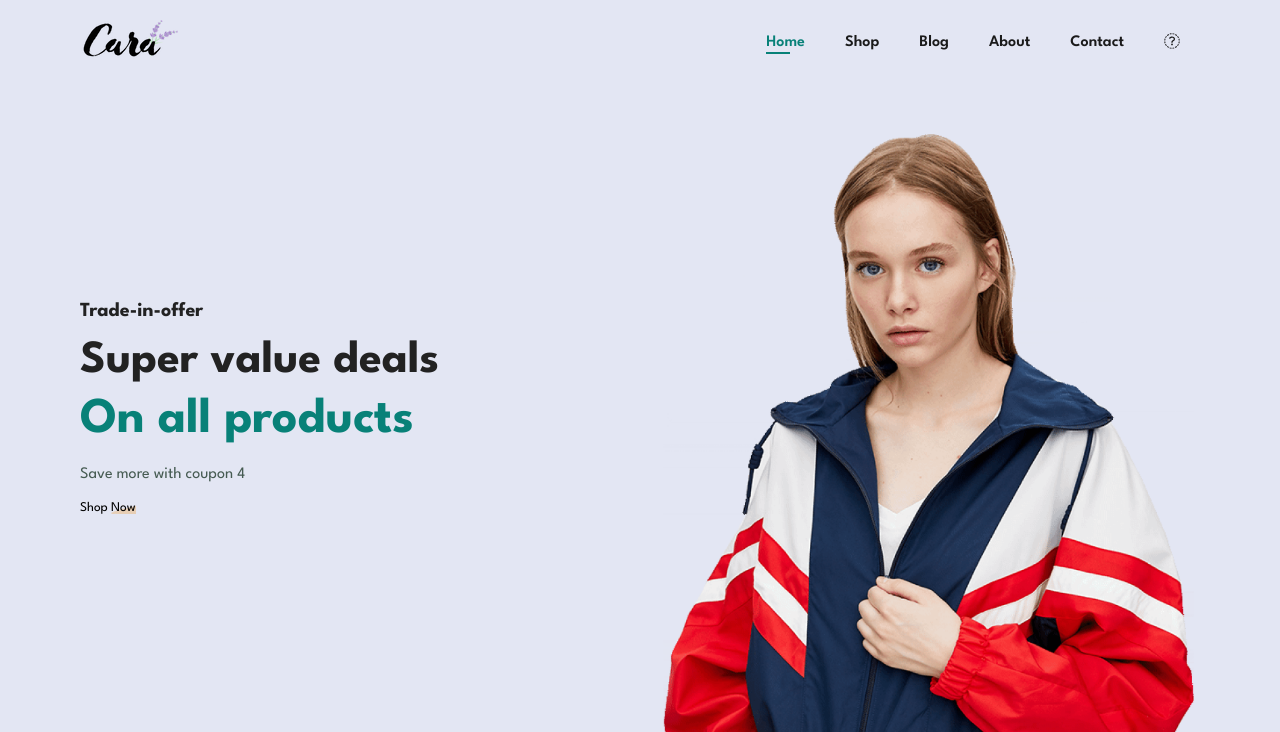
Repository: quy261001/cara
Page: index.html
An editor plug-in stored every save of this project. The page is shown before and after the next save, followed by the edit.
The browser window is 1280 px wide. The pictures show the whole page.

Above is the page before, as saved 2022-04-30 14:35:45.

After the next save:
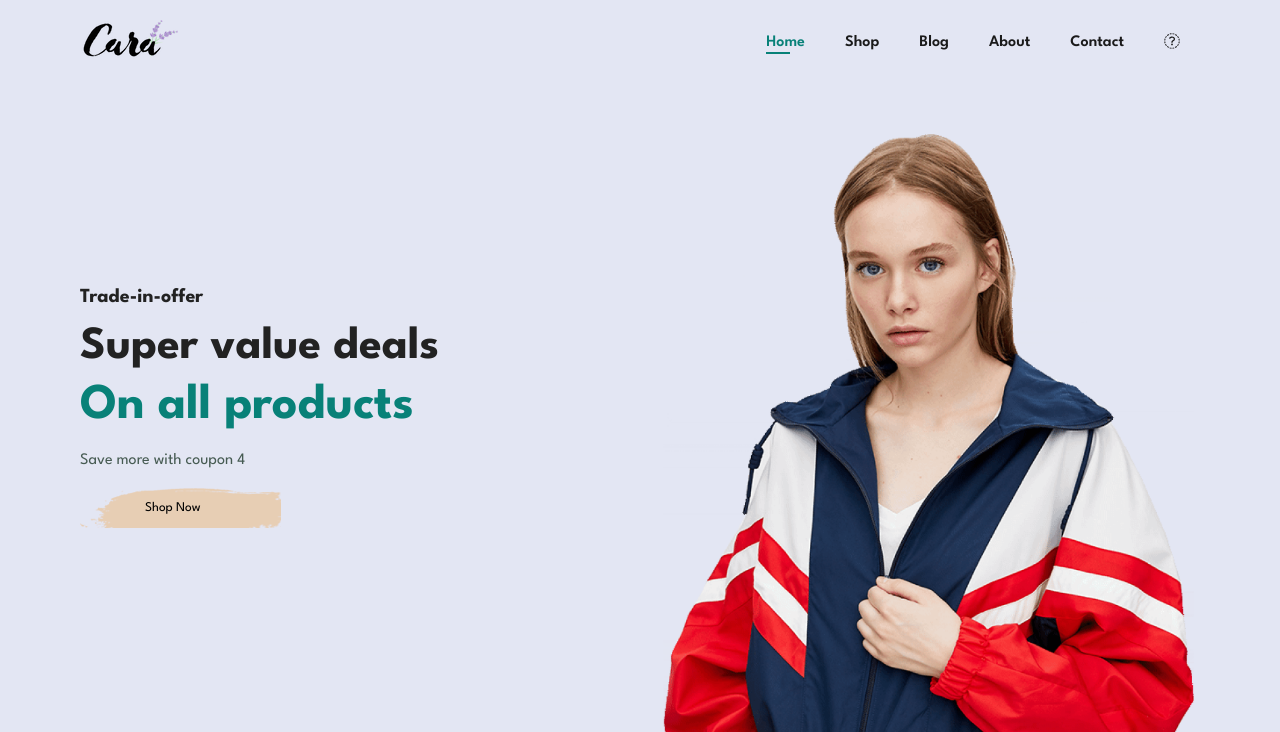
Saved 22 h 49 min later.
--- a/style.css
+++ b/style.css
@@ -101,4 +101,5 @@ body {
   background-image: url("img/button.png");
   background-color: transparent;
   border: 0;
+  padding: 14px 80px 14px 65px;
 }
